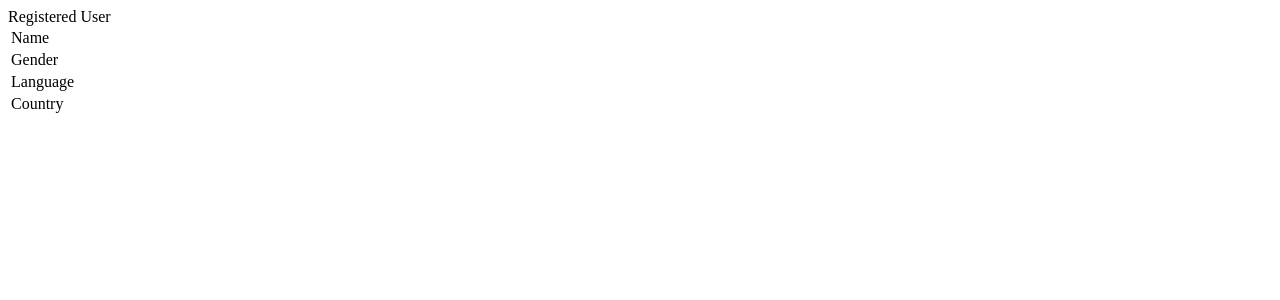
Repository: chirag555/Java_full_stack
Page: http://localhost/BasicMVC/about.jsp
The author's editor kept a copy of each file at every save. The page is drawn from the files as they stood at one save, then again after the next save.
The browser window is 1280 px wide. The pictures show the whole page.
The page is served by Tomcat 9. Other server files are loaded and not shown.

Above is the page before, as saved 2020-02-13 07:49:08.

### BasicMVC/WebContent/about.jsp
<%@ page language="java" contentType="text/html; charset=ISO-8859-1"
    pageEncoding="ISO-8859-1"%>
<!DOCTYPE html>
<html>
<head>
<meta charset="ISO-8859-1">
<title>Details Entered</title>
</head>
<body>
Registered User
<table>
<tr>
<td>Name</td>
<td></td>
</tr>
<tr>
<td>Gender</td>
<td></td>
</tr>
<tr>
<td>Language</td>
<td></td>
</tr>
<tr>
<td>Country</td>
<td></td>
</tr>
</table>
</body>
</html>

After the next save:
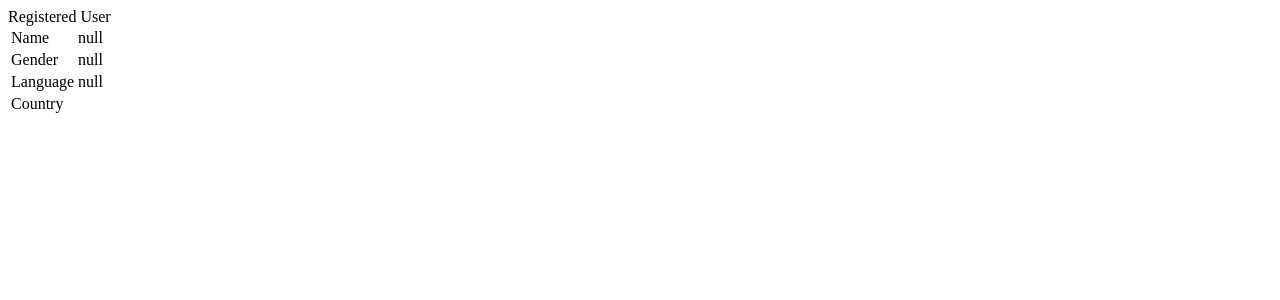
Saved 78 s later.
--- a/BasicMVC/WebContent/about.jsp
+++ b/BasicMVC/WebContent/about.jsp
@@ -11,15 +11,15 @@ Registered User
 <table>
 <tr>
 <td>Name</td>
-<td></td>
+<td><%=request.getParameter("name") %></td>
 </tr>
 <tr>
 <td>Gender</td>
-<td></td>
+<td><%=request.getParameter("gender") %></td>
 </tr>
 <tr>
 <td>Language</td>
-<td></td>
+<td><%=request.getParameter("language") %></td>
 </tr>
 <tr>
 <td>Country</td>
